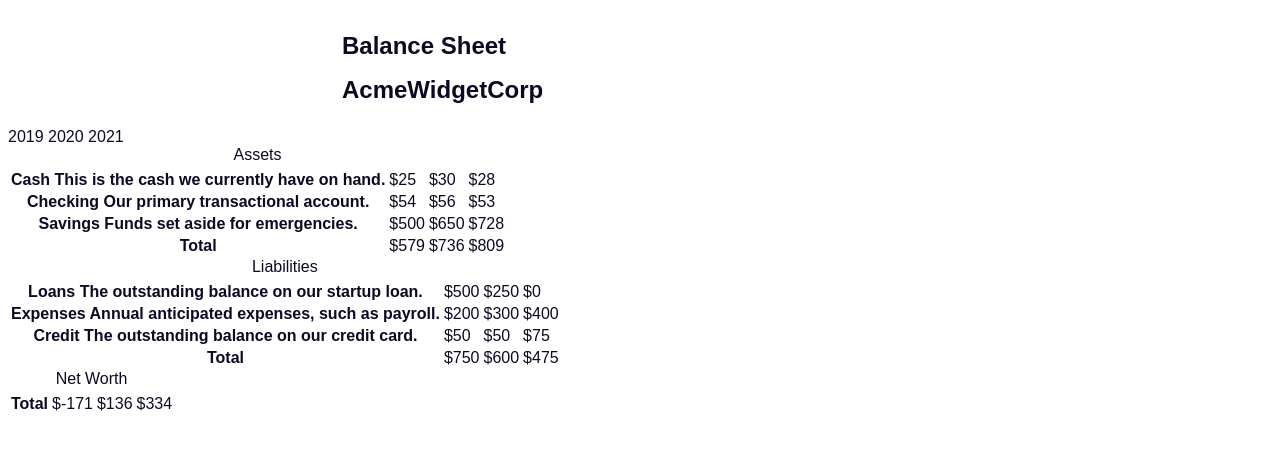
Repository: cipdanila/freeCodeCamp
Page: BalanceSheet/index.html
These files come from the project's save history. The page is drawn as it stood at one moment and after the next save; the edit follows.
The browser window is 1280 px wide. The pictures show the whole page.

Above is the page before, as saved 2023-10-19 18:13:26.

After the next save:
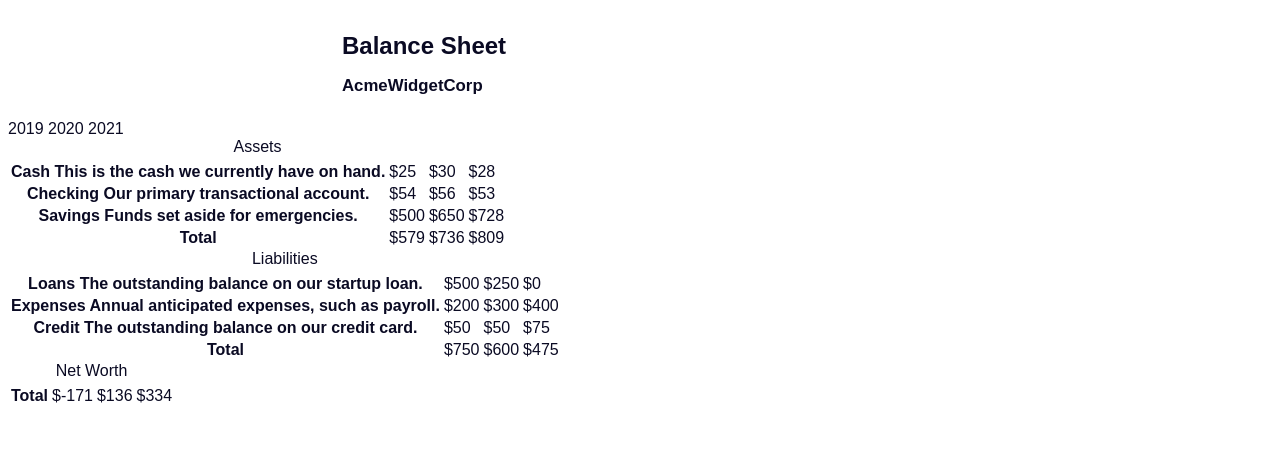
Saved 14 s later.
--- a/BalanceSheet/styles.css
+++ b/BalanceSheet/styles.css
@@ -33,5 +33,5 @@ h1 .flex {
 }
 
 h1 .flex span:first-of-type {           /* target the first element that matches the selector */
-
+    font-size: 0.7em;                   /**/
 }
